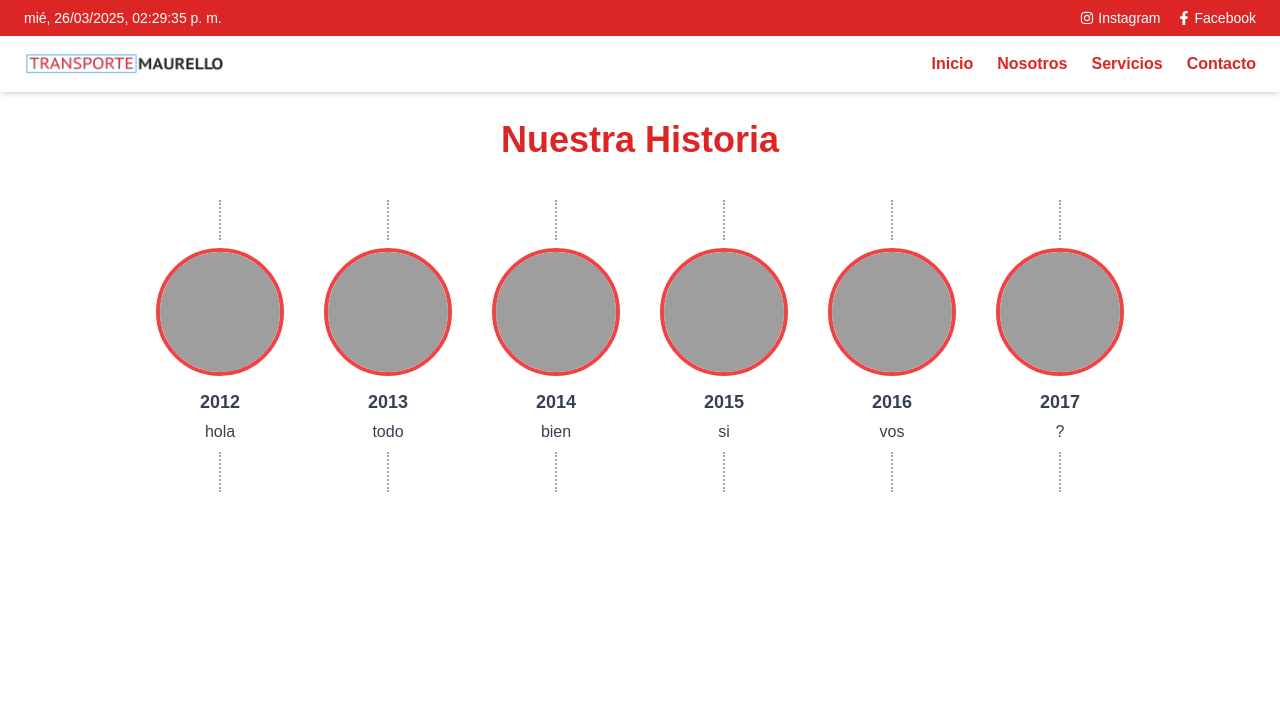
Repository: francoluca35/empresacolectivo
Page: /About
The author's editor kept a copy of each file at every save. The page is drawn from the files as they stood at one save, then again after the next save.
The browser window is 1280 px wide. The pictures show the whole page.
Pictures or frames that could not be fetched are drawn as grey boxes. The project was rebuilt for these pictures with package versions that can differ from the ones it lists, and the page was loaded fresh each time. The framework's server and built-in components were replaced by stand-ins that run in the browser. Also part of the build but not shown: next.config.js, next.config.mjs.

Above is the page before, as saved 2025-03-27 01:49:22.

After the next save:
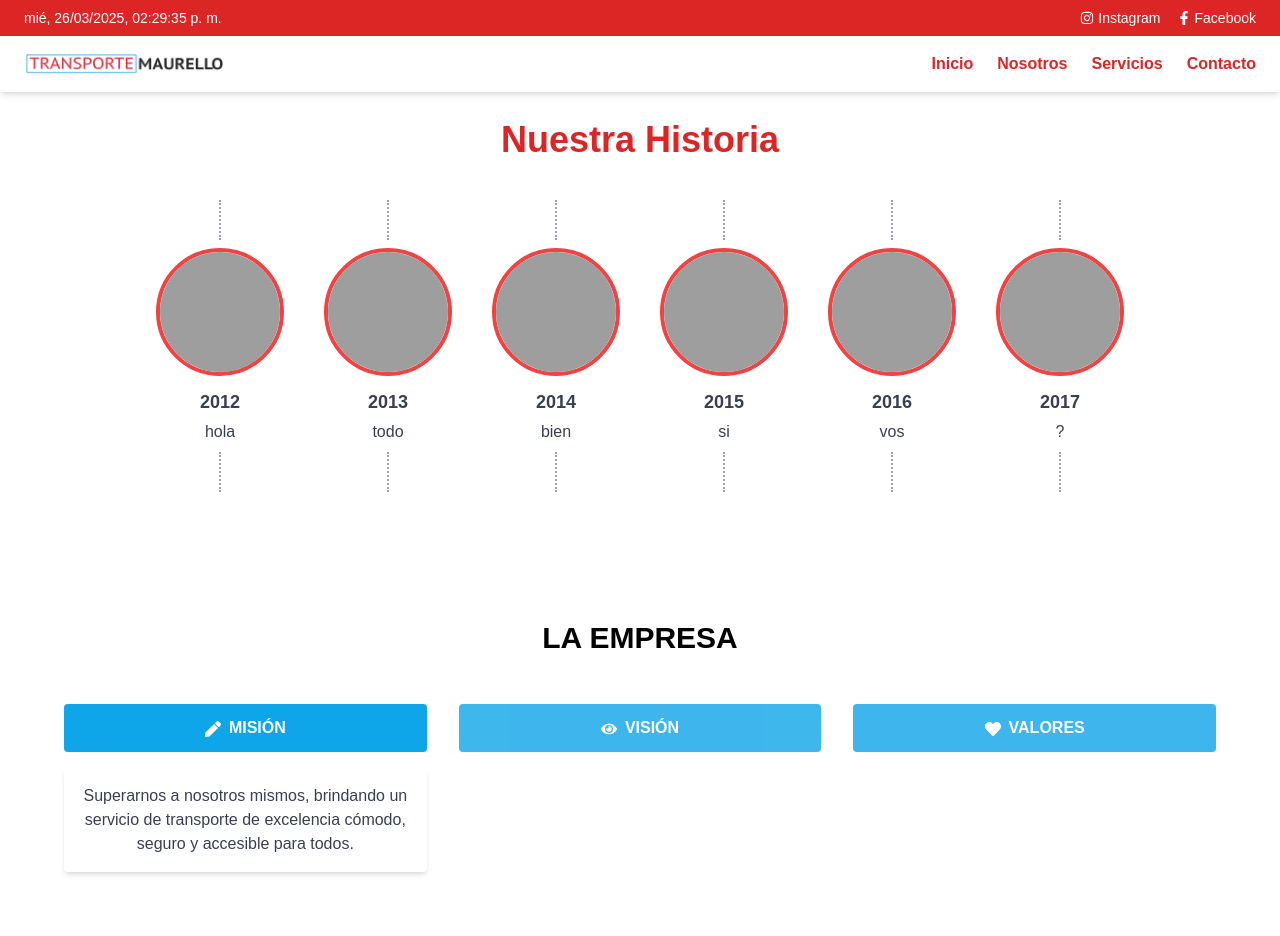
Saved 40 s later.
--- a/src/app/About/page.js
+++ b/src/app/About/page.js
@@ -2,7 +2,7 @@
 import { useState } from "react";
 import Image from "next/image";
 import Navbar from "../Component/Navbar";
-
+import Vision from "./page/vision";
 const eventos = [
   { year: "2012", img: "/timeline/2012.jpg", text:"hola"},
   { year: "2013", img: "/timeline/2013.jpg", text:"todo"},
@@ -75,6 +75,8 @@
         </div>
       )}
     </section>
+
+      <Vision />
     </>
   );
 }
